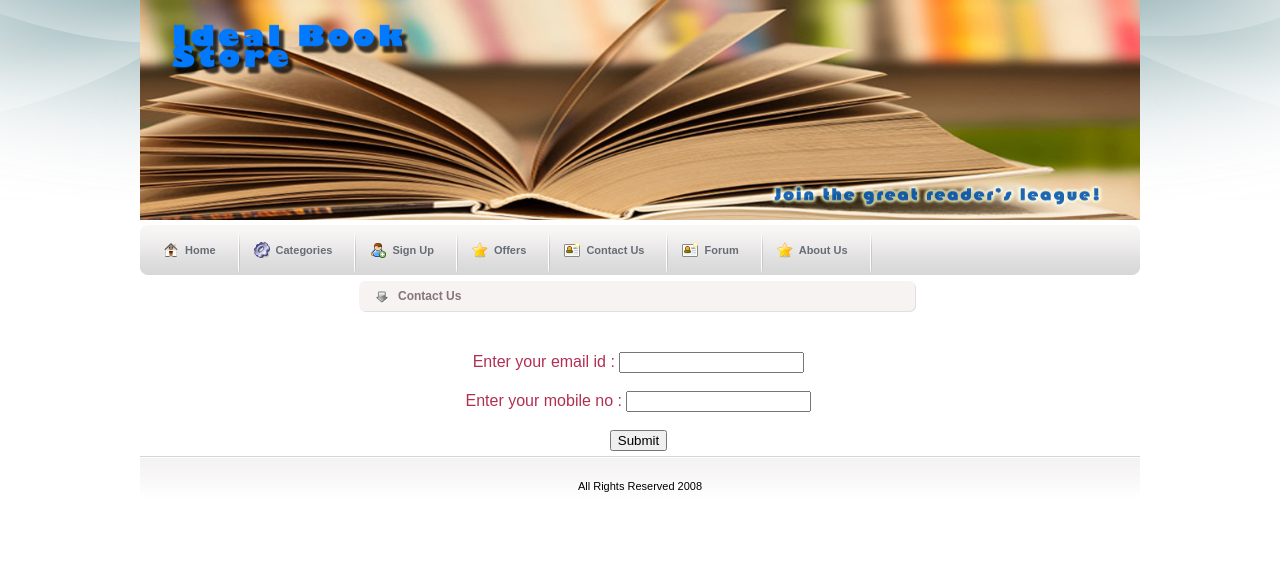
Repository: tusharjain887/Online-Book-Sales
Page: http://localhost/OnlineBook/forgotpassword.jsp
An editor plug-in stored every save of this project. The page is shown before and after the next save, followed by the edit.
The browser window is 1280 px wide. The pictures show the whole page.
The page is served by Tomcat 9.

Above is the page before, as saved 2013-04-09 12:52:26.

### PROJECT/workspace/workspace/OnlineBook/WebContent/forgotpassword.jsp
<%@ page import="java.sql.*"%>
<%@ page import="java.io.*"%>
<%@ page import="java.util.*"%>
<%@ page import="java.lang.*"%>
<!DOCTYPE html PUBLIC "-//W3C//DTD XHTML 1.0 Transitional//EN" "http://www.w3.org/TR/xhtml1/DTD/xhtml1-transitional.dtd">
<html xmlns="http://www.w3.org/1999/xhtml">
<head>
<title>Forgot Password</title>
<meta http-equiv="Content-Type" content="text/html; charset=windows-1252" />
<link rel="stylesheet" type="text/css" href="style.css" />
<!--[if IE 6]>
<link rel="stylesheet" type="text/css" href="iecss.css" />
<![endif]-->
<script type="text/javascript" src="js/boxOver.js"></script>
</head>
<body>
<div id="main_container">

  <div id="header">
  <div class="logout">
 <%  Object c=session.getAttribute("username");
if(c!=null)
	{
	out.print("Welcome  " +session.getAttribute("username").toString());
	%>
	&nbsp<a href='myprofile.jsp'>Profile</a>
	&nbsp<a href='logout.jsp'>Logout</a>
	<%
	}
	%>
	</div>

  </div>

  <div id="main_content">
    <div id="menu_tab">
      <div class="left_menu_corner"></div>
      <ul class="menu">
        <li><a href="index.jsp" class="nav1"> Home</a></li>
        <li class="divider"></li>
        <li><a href="categories.jsp" class="nav2">Categories</a></li>
        <li class="divider"></li>
        <%
        if(c==null)
        {
        %><li><a href="registration.html" class="nav4">Sign Up</a></li>
        <li class="divider"></li>
        <%
        }
        %>
        <li><a href="news.jsp" class="nav3">Offers</a></li>
        <li class="divider"></li>
        <li><a href="contact.jsp" class="nav6">Contact Us</a></li>
        <li class="divider"></li>
        <li><a href="forum.jsp" class="nav6">Forum</a></li>
        <li class="divider"></li>
        <li><a href="aboutus.jsp" class="nav3">About Us</a></li>
        <li class="divider"></li>

      </ul>
      <div class="right_menu_corner"></div>
    </div>
    <!-- end of menu tab -->
    <div class="left_content">
     <br><br><br>

      </div>


    <!-- end of left content -->
    <div class="center_content">
      <div class="center_title_bar">Contact Us</div>
      <div style="font-size:16px;color:#B13052;">
      <br><br><br><br><center>
      <form name="myform" method="post" action="getpass.jsp">
Enter your email id : <input type="text" name="email" /><br><br>
Enter your mobile no : <input type="text" name="mobile" /><br><br>
<input type="submit" name="submit" value="Submit" />
</form>
</center>
</div>
    </div>
    <!-- end of center content -->
    <div class="right_content">
     <br><br><br>
    </div>
    <!-- end of right content -->
  </div>
  <!-- end of main content -->
  <div class="footer">
    <br><br>
    <center> All Rights Reserved 2008</center>
      </div>

<!-- end of main_container -->
</body>
</html>

### PROJECT/workspace/workspace/OnlineBook/WebContent/style.css
body
{
background:url(images/bg.jpg) no-repeat #fff center top;
padding:0;
font-family:Arial, Helvetica, sans-serif;
font-size:11px;
margin:0px auto auto auto;
color:#000;
}
p{
padding:2px;
margin:0px;
}
#main_container{
width:1000px;
height:auto;
margin:auto;
padding:0px;
}
.top_bar{
width:1000px;
height:38px;
background-color:#4a4a4a;
}
.top_search{
width:370px;
height:32px;
margin:0px 20px 0 0;
_margin:0px 10px 0 0;
float:right;
background:url(images/top_search_bg.gif) no-repeat center;
}
input.search_input{
width:182px;
height:18px;
float:left;
margin:5px 0 0 0 ;
border:1px solid #dbdbdb;
border-bottom-color:#ffffff;
border-right-color:#ffffff;
}
.search_text{
float:left;
width:110px;
padding:8px 0 0 15px;
color:#999999;
}
.search_text a{
text-decoration:none;
color:#999999;
}
.search_bt{
float:left;
padding:2px 0 0 15px;
}
.languages{
float:right;
width:150px;
padding:8px 0 0 0;
}
.lang_text{
float:left;
padding:0 5px 0 0;
color:#b3adad;
}
a.lang{
display:block;
float:left;
padding:0 5px 0 5px;
}
#header{
width:1000px;
height:220px;
background:url(images/book4.jpg) no-repeat center;
background-position:0px 0px;
background-size:1000px 220px;
margin=0;
}
.logout{
	float:right;
	font-size:14px;
	color: green;
	font-weight: bold;
}
.logout a,.logout a:hover {
	color: B13052;
}

}
#logo{
padding:15px;
}
#templatemo_header {
	clear: both;
	width: 1000px;
	height: 200px;
	padding: 0;
	margin: 0;
	background: url(images/templatemo_header_bg.jpg) no-repeat;
}

#templatemo_header a,a:hover {
	color: #000;
}

#templatemo_header #templatemo_special_offers {
	float: left;
	font-size: 14px;
	margin-top: 95px;
	margin-left: 490px;
	width: 180px;
}

#templatemo_special_offers a {
	font-size: 12px;
}

#templatemo_special_offers  p {
	margin: 0 0 20px 0;
}
#templatemo_special_offers p span {
	font-size: 18px;
}

#templatemo_header #templatemo_new_books {
	float: left;
	margin-top: 90px;
	margin-left: 55px;
	width: 180px;
}

#templatemo_new_books ul {
	 margin: 0 0 10px 0;
	 padding: 0 0 0 20px;
}

#templatemo_new_books li {
	 margin: 0;
	 padding: 0;
}

/*------------------------------oferte_content-----------------------*/
.oferte_content{
width:600px;
height:264px;
float:left;
padding:0 0 0 50px;
}
.top_divider{
float:left;
width:1px;
height:164px;
}
.oferta{
width:538px;
float:left;
padding:15px 30px 0 30px;
}
.oferta_img{
float:left;
padding:0 0 10px 0;
}
.oferta_title{
font-size:15px;
color:#b72c24;
font-weight:bold;
}
.oferta_details{
width:400px;
float:left;
padding:0 0 0 30px;
}
.oferta_text{
padding:5px 0 5px 0;
font-size:12px;
color:#FFFFFF;
text-align:justify;
line-height:15px;
}
a.details{
width:83px;
height:21px;
display:block;
float:right;
margin:5px 0 0 0;
padding-left:5px;
background:url(images/details_bt_bg.gif) no-repeat center;
text-align:center;
line-height:21px;
text-decoration:none;
color:#000000;
}
/*---------------------oferta_pagination-----------------------------*/

div.oferta_pagination {
clear:both;
padding:10px 0 0 0;
_padding:0px 0 0 0;
margin:5px;
text-align:center;
float:left;
font-size:10px;
}

div.oferta_pagination a {
width:22px;
height:22px;
display:block;
float:left;
margin:0 0 0 5px;
_margin:0 0 0 3px;
line-height:23px;
text-align:center;
background:url(images/pag_bg.gif) no-repeat center;
text-decoration:none;
color:#9d8b8b;
}
div.oferta_pagination a:hover, div.pagination a:active {
width:22px;
height:22px;
display:block;
float:left;
line-height:23px;
text-align:center;
background:url(images/pag_bg_a.gif) no-repeat center;
text-decoration:none;
color:#ad1614;
}
div.oferta_pagination span.current {
width:22px;
height:22px;
display:block;
float:left;
line-height:23px;
text-align:center;
background:url(images/pag_bg_a.gif) no-repeat center;
text-decoration:none;
color:#ad1614;
}
#main_content{
clear:both;
}
/*---------------- menu tab----------------------*/
#menu_tab{
width:1000px;
height:50px;
background-color:#fff;
margin-top:5px;
}
.left_menu_corner{
width:9px;
height:50px;
float:left;
background:url(images/menu_left.gif) no-repeat center;
}
.right_menu_corner{
width:9px;
height:50px;
float:left;
background:url(images/menu_right.gif) no-repeat center;
}
ul.menu {
list-style-type:none; float:left; display:block; width:982px;
margin:0px; padding:0px;background:url(images/menu_bg.gif) repeat-x;}

ul.menu li {
display:inline;
font-size:11px;
font-weight:bold;
line-height:50px;
}
ul.menu li.divider {
display:inline;
width:2px;
height:50px;
float:left;
background:url(images/menu_divider.gif) no-repeat center;
}

a.nav1:link, a.nav1:visited {
display:block; float:left; padding:0px 8px 0px 22px; margin:0 14px 0 14px;height:50px;text-decoration:none; background:url(images/home.png) no-repeat left; color:#676d77;}
a.nav2:link, a.nav2:visited {
display:block; float:left; padding:0px 8px 0px 22px; margin:0 14px 0 14px;height:50px;text-decoration:none; background:url(images/services.png) no-repeat left; color:#676d77;}
a.nav3:link, a.nav3:visited {
display:block; float:left; padding:0px 8px 0px 22px; margin:0 14px 0 14px;height:50px;text-decoration:none; background:url(images/favs.png) no-repeat left; color:#676d77;}
a.nav4:link, a.nav4:visited {
display:block; float:left; padding:0px 8px 0px 22px; margin:0 14px 0 14px;height:50px;text-decoration:none; background:url(images/user_add.png) no-repeat left; color:#676d77;}
a.nav5:link, a.nav5:visited {
display:block; float:left; padding:0px 8px 0px 22px; margin:0 14px 0 14px;height:50px;text-decoration:none; background:url(images/car.png) no-repeat left; color:#676d77;}
a.nav6:link, a.nav6:visited {
display:block; float:left; padding:0px 8px 0px 22px; margin:0 14px 0 14px;height:50px;text-decoration:none; background:url(images/contact-new.png) no-repeat left; color:#676d77;}

a.nav1:hover, a.nav2:hover, a.nav3:hover, a.nav4:hover, a.nav5:hover, a.nav6:hover {
color:#333333;}


li.currencies{
width:180px;
float:left;
padding:0 0 0 15px;
_padding:12px 0 0 15px;
color:#676d77;
font-size:11px;
font-weight:bold;
}
/*----------------crumb_navigation-------------*/
.crumb_navigation{
width:980px;
height:15px;
padding:5px 10px 0 20px;
color:#333333;
background:url(images/navbullet.png) no-repeat left;
background-position:5px 6px;
}
.crumb_navigation a{
color:#0fa0dd;
text-decoration:underline;
}
span.current{
color:#0fa0dd;
}

/*-------------left_content------------------*/
.left_content{
width:196px;
float:left;
}
.title_box{
width:196px;
height:30px;
margin:5px 0 0 0;
background:url(images/menu_title_bg.gif) no-repeat center;
text-align:center;
font-size:13px;
font-weight:bold;
color:#fff;
line-height:30px;
}
/*--------left menu---------*/
ul.left_menu{
width:196px;
padding:0px;
margin:0px;
list-style:none;
}
ul.left_menu li{
margin:0px;
list-style:none;
}
ul.left_menu li.odd a{
width:166px;height:25px;display:block;background:url(images/checked.png) no-repeat left #dad0d0; background-position:5px 5px;border-bottom:1px #FFFFFF solid;
text-decoration:none;color:#504b4b;padding:0 0 0 30px; line-height:25px;
}
ul.left_menu li.even a{
width:166px;height:25px;display:block;background:url(images/checked.png) no-repeat left #eee6e6;background-position:5px 5px;border-bottom:1px #FFFFFF solid;
text-decoration:none;color:#504b4b;padding:0 0 0 30px; line-height:25px;
}
ul.left_menu li.even a:hover, ul.left_menu li.odd a:hover{
background:url(images/checked.png) no-repeat left #7bbcc7; color:#FFFFFF;background-position:5px 5px;
}

.border_box{
width:194px;
height:auto;
text-align:center;
border:1px #6da6b1 solid;
}
.product_title{
color:#ea2222;
padding:5px 0 5px 0;
font-weight:bold;
}
.product_title a{
text-decoration:none;
color:#ea2222;
padding:5px 0 5px 0;
font-weight:bold;
}
.product_title a:hover{
color:#064E5A;
}
.product_img{
padding:5px 0 5px 0;
}
.prod_price{
padding:5px 0 5px 0;
}
span.reduce{
color:#ea2222;
text-decoration:line-through;
}
span.price{
color:#ea2222;
}
/*----------newsletter--------------*/
input.newsletter_input{
width:160px;
height:16px;
border:1px #ddd9d9 solid;
margin:10px 0 5px 0;
font-size:12px;
padding:3px;
color:#999999;
}
a.join{
width:17px;
display:block;
margin:5px 0 5px 140px;
_margin:5px 0 5px 130px;
background:url(images/blue-add.png) no-repeat left;
padding:0 0 0 20px;
text-decoration:none;
color:#1c4a52;
}
.banner_adds{
width:194px;
text-align:center;
padding:10px 0 10px 0;
}

/*center content--------------------------*/
.center_content{
width:585px;
float:left;
padding:5px 10px;
}
.center_title_bar{
width:520px;
height:33px;
float:left;
padding:0 0 0 40px;
margin:0 0 0 12px;
_margin:0 0 0 6px;
line-height:33px;
font-size:12px;
color:#847676;
font-weight:bold;
background:url(images/bar_bg.gif) no-repeat center;
}

/*----------------------right content--------------*/
.right_content{
width:196px;
float:left;
padding:5px 0 0 0;
}
.shopping_cart{
width:195px;
height:84px;
text-align:center;
background:url(images/cart_bg.gif) no-repeat center;
}
.cart_title{
font-size:12px;
font-size:12px;
color:#847676;
font-weight:bold;
padding:8px 0 0 0;
}
.cart_details{
width:115px;
float:left;
padding:5px 0 0 15px;
text-align:left;
}
.cart_icon{
float:left;
padding:5px 0 0 5px;
}
span.border_cart{
width:100px;
height:1px;
margin:3px 0 3px 0;
display:block;
border-top:1px #999999 dashed;
}
/*---------prod_box----------*/
.prod_box{
width:173px;
height:auto;
float:left;
padding:10px 10px 10px 11px;
}
.top_prod_box{
width:173px;height:12px;background:url(images/product_box_top.gif) no-repeat center bottom;float:left; padding:0px; margin:0px;
}
.bottom_prod_box{
width:173px;height:10px;background:url(images/product_box_bottom.gif) no-repeat center top;float:left;padding:0px; margin:0px;
}
.center_prod_box{
width:173px;height: auto;background:url(images/product_box_center.gif) repeat-y;float:left; text-align:center;padding:0px; margin:0px;
}
.prod_details_tab{
width:173px;
height:31px;
float:left;
background:url(images/products_details_bg.gif) no-repeat center;
margin:3px 0 0 0;
}
img.left_bt{
float:left;
padding:6px 0 0 6px;
}
a.prod_details{
width:25px;
display:block;
float:left;
background:url(images/square-blue-add.gif) no-repeat left;
padding:0 0 0 20px;
margin:7px 0 0 38px;
_margin:6px 0 0 35px;
text-decoration:none;
color:#0fa0dd;
}
/*---------prod_box_big----------*/
.prod_box_big{
width:554px;
height:auto;
float:left;
padding:10px 10px 10px 15px;
}
.top_prod_box_big{
width:554px;height:12px;background:url(images/details_box_top.gif) no-repeat center bottom;float:left; padding:0px; margin:0px;
}
.bottom_prod_box_big{
width:554px;height:12px;background:url(images/details_box_bottom.gif) no-repeat center top;float:left;padding:0px; margin:0px;
}
.center_prod_box_big{
width:554px;height: auto;background:url(images/details_box_center.gif) repeat-y;float:left; text-align:center;padding:0px; margin:0px;
}
.product_img_big{
width:170px;
padding:5px 0 5px 10px;
float:left;
}
.details_big_box{
width:345px;
float:left;
padding:0 0 0 15px;
text-align:left;
}
.product_title_big{
color:#ea2222;
padding:5px 0 5px 0;
font-weight:bold;
font-size:14px;
}
.specifications{
font-size:12px;
font-weight:bold;
line-height:18px;
}
.thumbs{
padding:8px 5px 8px 5px;
border:1px #DFD1D1 solid;
margin:3px 0 0 0;
}
.thumbs a{
padding:3px;
}
.prod_price_big{
padding:5px 0 5px 0;
font-size:16px;
}
span.reduce{
color:#ea2222;

}
span.price{
color:#ea2222;
}
a.addtocart{
width:76px;
height:27px;
display:block;
float:left;
background:url(images/addtocart.gif) no-repeat left;
padding:0 0 0 33px;
text-decoration:none;
line-height:27px;
color:#1c4a52;
}
a.compare{
width:76px;
height:27px;
display:block;
float:left;
margin:0 0 0 10px;
background:url(images/compare.gif) no-repeat left;
padding:0 0 0 33px;
text-decoration:none;
line-height:27px;
color:#1c4a52;
}
span.blue{
color:#5F9FAB;
}
/*---------------contact_form------------------*/
.contact_form{
width:355px;
float:left;
padding:0px 0 0 75px;
}
.form_row{
width:335px;
clear:both;
padding:10px 0 10px 0;
_padding:5px 0 5px 0;
color:#a53d17;
}
label.contact{
width:75px;
float:left;
font-size:12px;
text-align:right;
padding:4px 5px 0 0;
color: #333333;
}
input.contact_input{
width:253px;
height:18px;
background-color:#fff;
color:#999999;
border:1px #DFDFDF solid;
float:left;
}
textarea.contact_textarea{
width:253px;
height:50px;
font-family:Arial, Helvetica, sans-serif;
font-size:12px;
color: #999999;
background-color:#fff;
border:1px #DFDFDF solid;
float:left;
}
a.contact{
width:99px;
height:27px;
display:block;
float:right;
margin:0 0 0 10px;
background:url(images/contact_bt.gif) no-repeat left;
padding:0 0 0 10px;
text-decoration:none;
line-height:27px;
color:#1c4a52;
}
/*--------------footer----------------*/
.footer{
width:1000px;
clear:both;
height:65px;
background:url(images/footer_bg.gif) repeat-x top;
}
.left_footer{
float:left;
width:300px;
padding:5px 0 0 10px;
}
.right_footer{
float:right;
padding:15px 30px 0 0;
}
.right_footer a{
padding:0 0 0 7px;
text-decoration:none;
color: #666666;
}
.right_footer a:hover{
text-decoration:underline;
}

.center_footer{
float:left;
width:200px;
text-align:center;
color:#666666;
padding:10px 0 0 60px;
}

Loaded but not shown: PROJECT/workspace/workspace/OnlineBook/WebContent/js/boxOver.js (369 lines, source omitted)

After the next save:
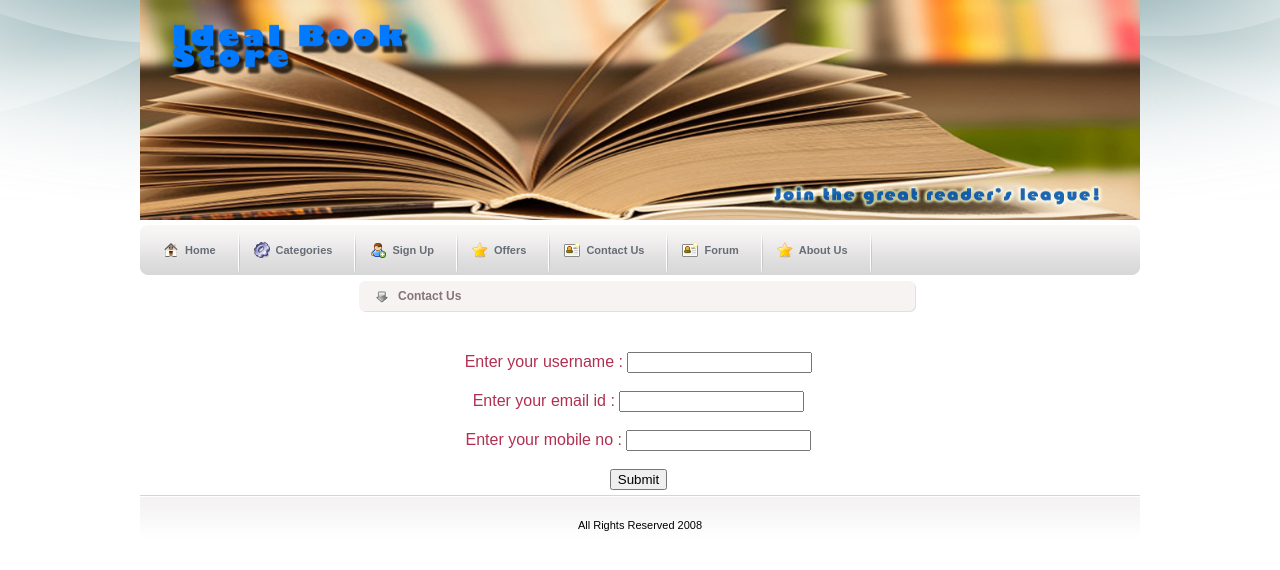
Saved 3 min 17 s later.
--- a/PROJECT/workspace/workspace/OnlineBook/WebContent/forgotpassword.jsp
+++ b/PROJECT/workspace/workspace/OnlineBook/WebContent/forgotpassword.jsp
@@ -73,6 +73,7 @@ if(c!=null)
       <div style="font-size:16px;color:#B13052;">
       <br><br><br><br><center>
       <form name="myform" method="post" action="getpass.jsp">
+Enter your username : <input type="text" name="uname" /><br><br>
 Enter your email id : <input type="text" name="email" /><br><br>
 Enter your mobile no : <input type="text" name="mobile" /><br><br>
 <input type="submit" name="submit" value="Submit" />
